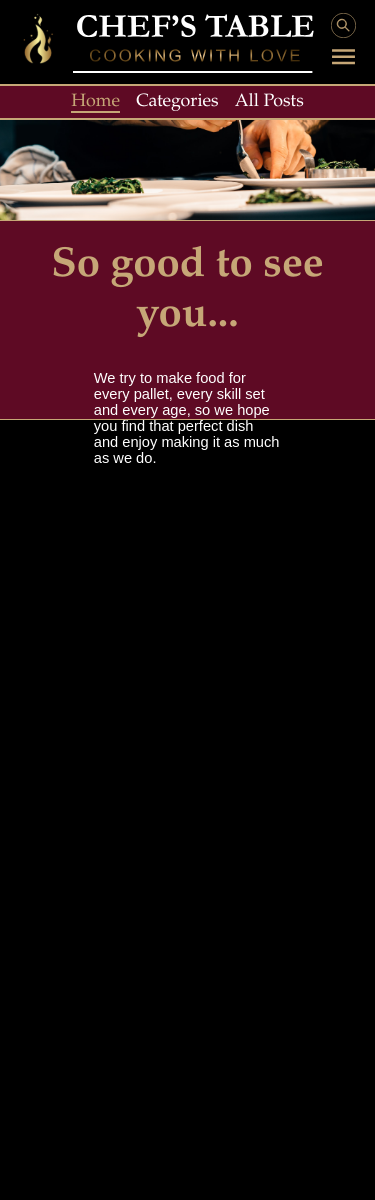
Repository: Noroff-FEU-Assignments/project-exam-1-runeunhjem
Page: index.html
These files come from the project's save history. The page is drawn as it stood at one moment and after the next save; the edit follows.
The browser window is 375 px wide. The pictures show the whole page.
The page's requests for data from a server got no answer.

Above is the page before, as saved 2023-05-01 13:55:13.

After the next save:
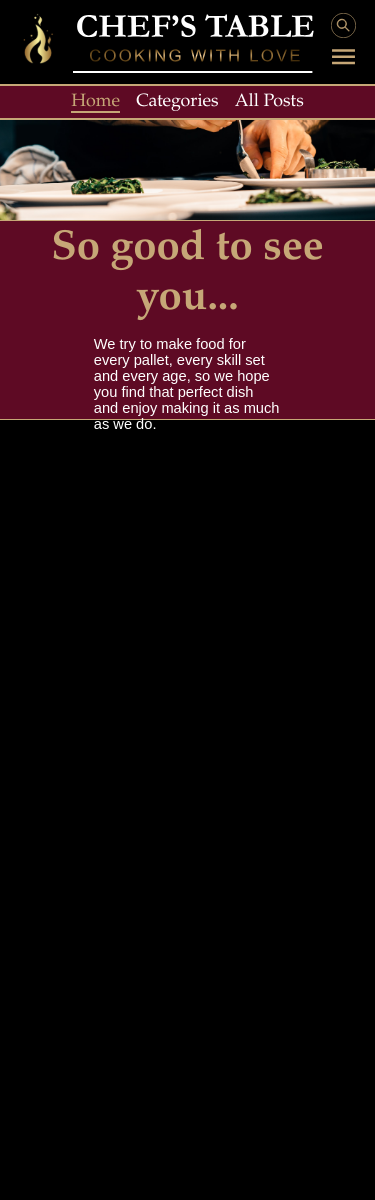
Saved 3 s later.
--- a/css/styles.css
+++ b/css/styles.css
@@ -194,7 +194,7 @@ main {
 }
 
 .so-god-to-see-you {
-  margin: 0.5em auto;
+  margin: 0.1em auto;
   font-family: var(--font-family-elegant);
   font-size: calc(2.5rem + 0.5vw);
   color: var(--color-gold);
@@ -285,4 +285,4 @@ main {
     background-image: url(../images/hero-image.png);
     height: 100px;
   }
-}/*# sourceMappingURL=styles_20230501135513.css.map */
+}/*# sourceMappingURL=styles_20230501135516.css.map */
